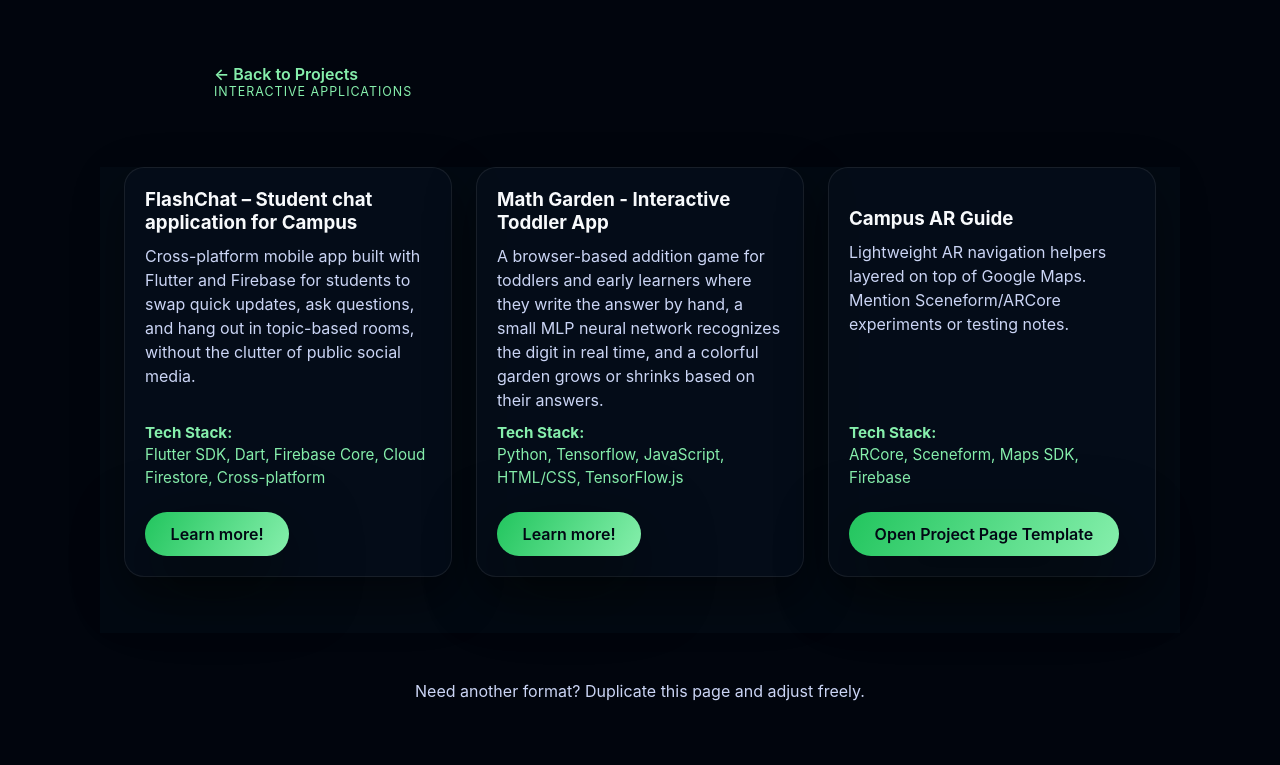
Repository: Abdulaziz-04/Abdulaziz-04.github.io
Page: projects/interactive_apps.html
The author's editor kept a copy of each file at every save. The page is drawn from the files as they stood at one save, then again after the next save.
The browser window is 1280 px wide. The pictures show the whole page.

Above is the page before, as saved 2025-11-20 16:14:50.

After the next save:
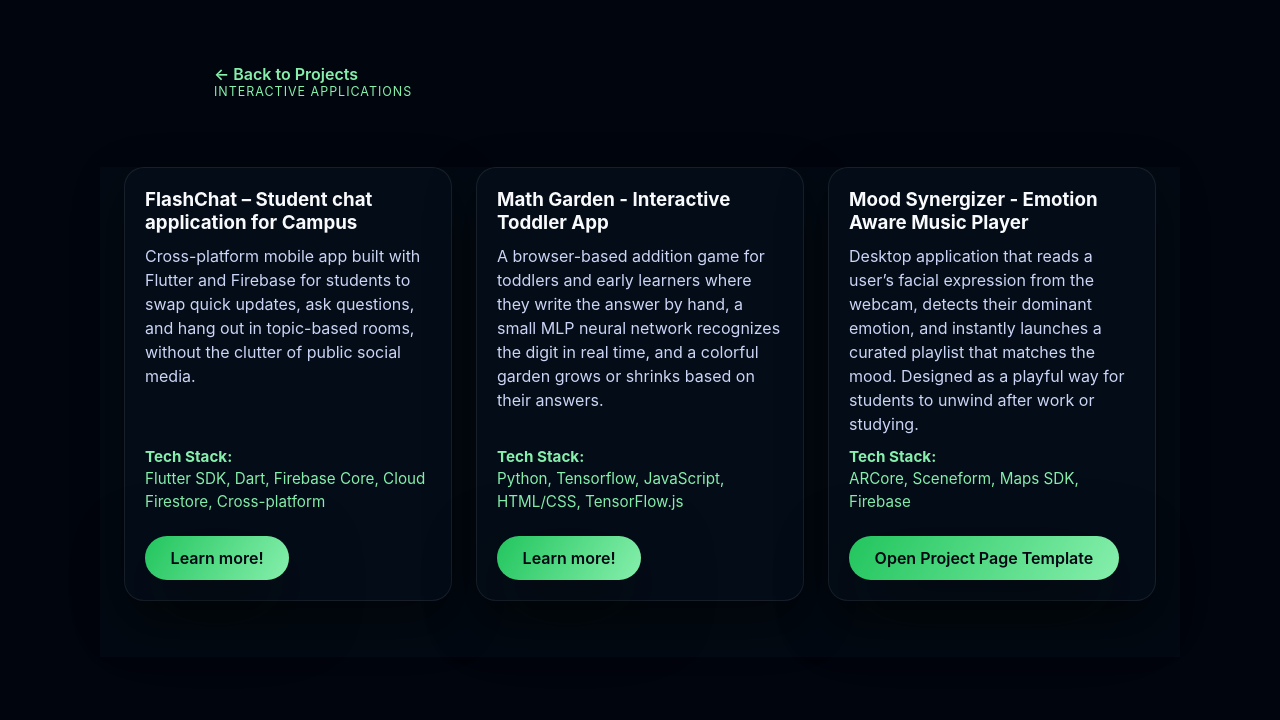
Saved 81 s later.
--- a/projects/interactive_apps.html
+++ b/projects/interactive_apps.html
@@ -63,10 +63,12 @@
 
         <article class="project-modal-card">
           <div class="project-modal__body">
-            <h3>Campus AR Guide</h3>
+            <h3>Mood Synergizer - Emotion Aware Music Player</h3>
             <p class="project-modal__summary">
-              Lightweight AR navigation helpers layered on top of Google Maps.
-              Mention Sceneform/ARCore experiments or testing notes.
+              Desktop application that reads a user’s facial expression from the
+              webcam, detects their dominant emotion, and instantly launches a
+              curated playlist that matches the mood. Designed as a playful way
+              for students to unwind after work or studying.
             </p>
             <p class="project-modal__tech">
               <strong>Tech Stack:</strong> ARCore, Sceneform, Maps SDK, Firebase
@@ -80,8 +82,5 @@
         </article>
       </div>
     </main>
-    <footer class="category-footer">
-      <p>Need another format? Duplicate this page and adjust freely.</p>
-    </footer>
   </body>
 </html>
